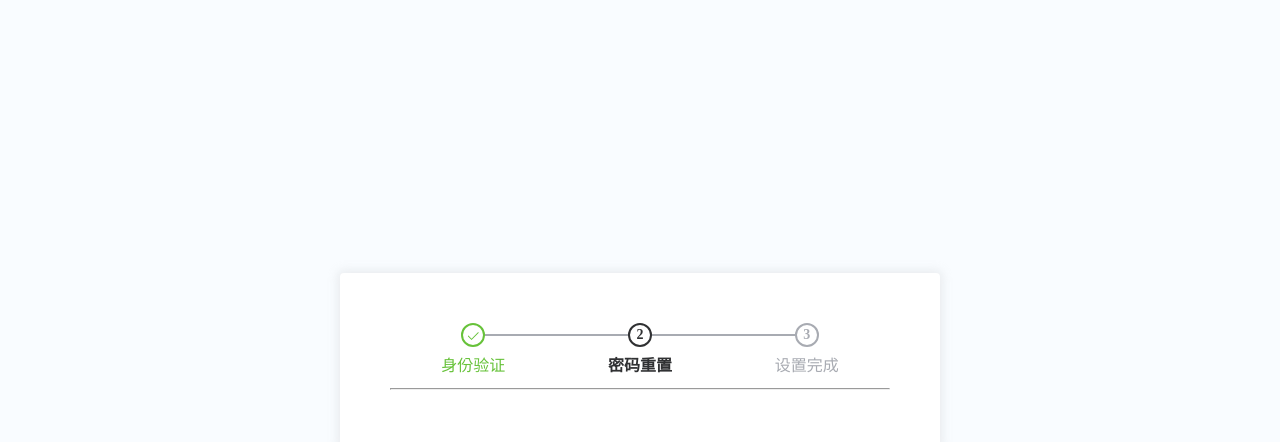
Repository: Harmony-camp/ckw-manager
Page: /#/ForgotPassword (app in manage/)
The author's editor kept a copy of each file at every save. The page is drawn from the files as they stood at one save, then again after the next save.
The browser window is 1280 px wide. The pictures show the whole page.
The project was rebuilt for these pictures with package versions that can differ from the ones it lists, and the page was loaded fresh each time. Also part of the build but not shown: manage/vite.config.js.

Above is the page before, as saved 2023-05-27 10:19:31.

After the next save:
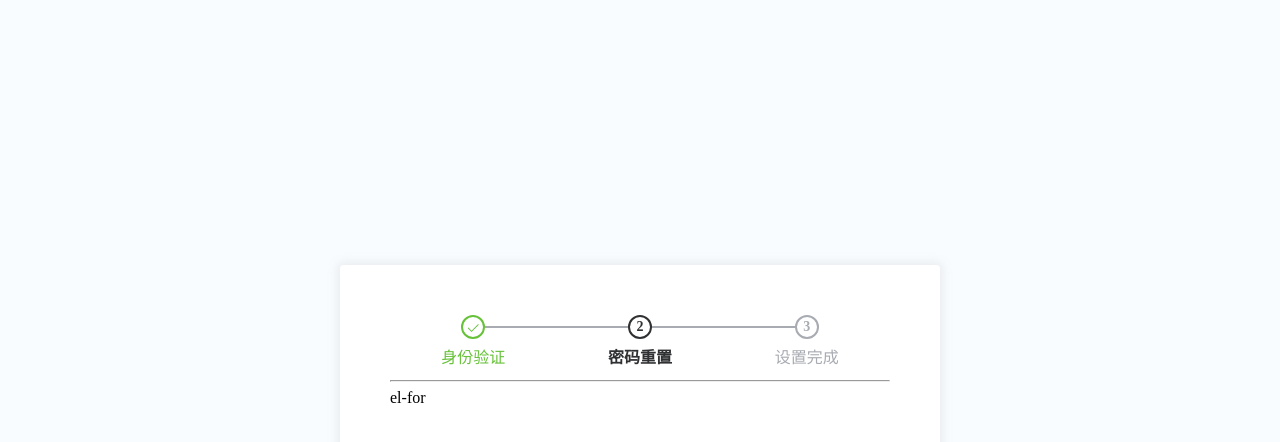
Saved 8 s later.
--- a/manage/src/views/login/ForgotPassword.vue
+++ b/manage/src/views/login/ForgotPassword.vue
@@ -9,7 +9,7 @@
       <hr />
       <div class="main">
         <div class="setIdentity" v-if="active == 1">
-
+          el-for
         </div>
         <div class="setPassword" v-if="active == 2">2</div>
         <div class="success" v-if="active == 3">3</div>

After the save that followed:
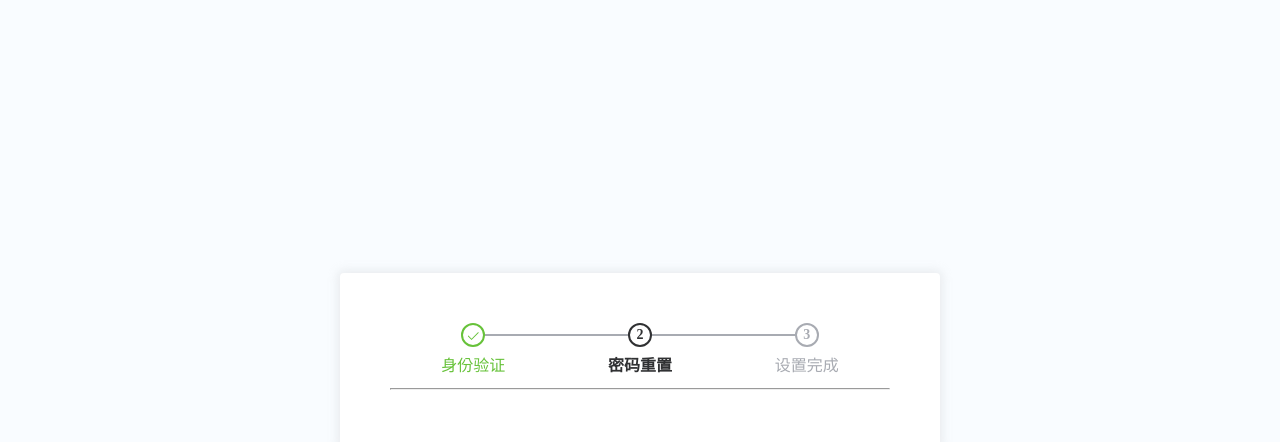
Saved 4 s later.
--- a/manage/src/views/login/ForgotPassword.vue
+++ b/manage/src/views/login/ForgotPassword.vue
@@ -9,7 +9,9 @@
       <hr />
       <div class="main">
         <div class="setIdentity" v-if="active == 1">
-          el-for
+          <el-form>
+
+          </el-form>
         </div>
         <div class="setPassword" v-if="active == 2">2</div>
         <div class="success" v-if="active == 3">3</div>
